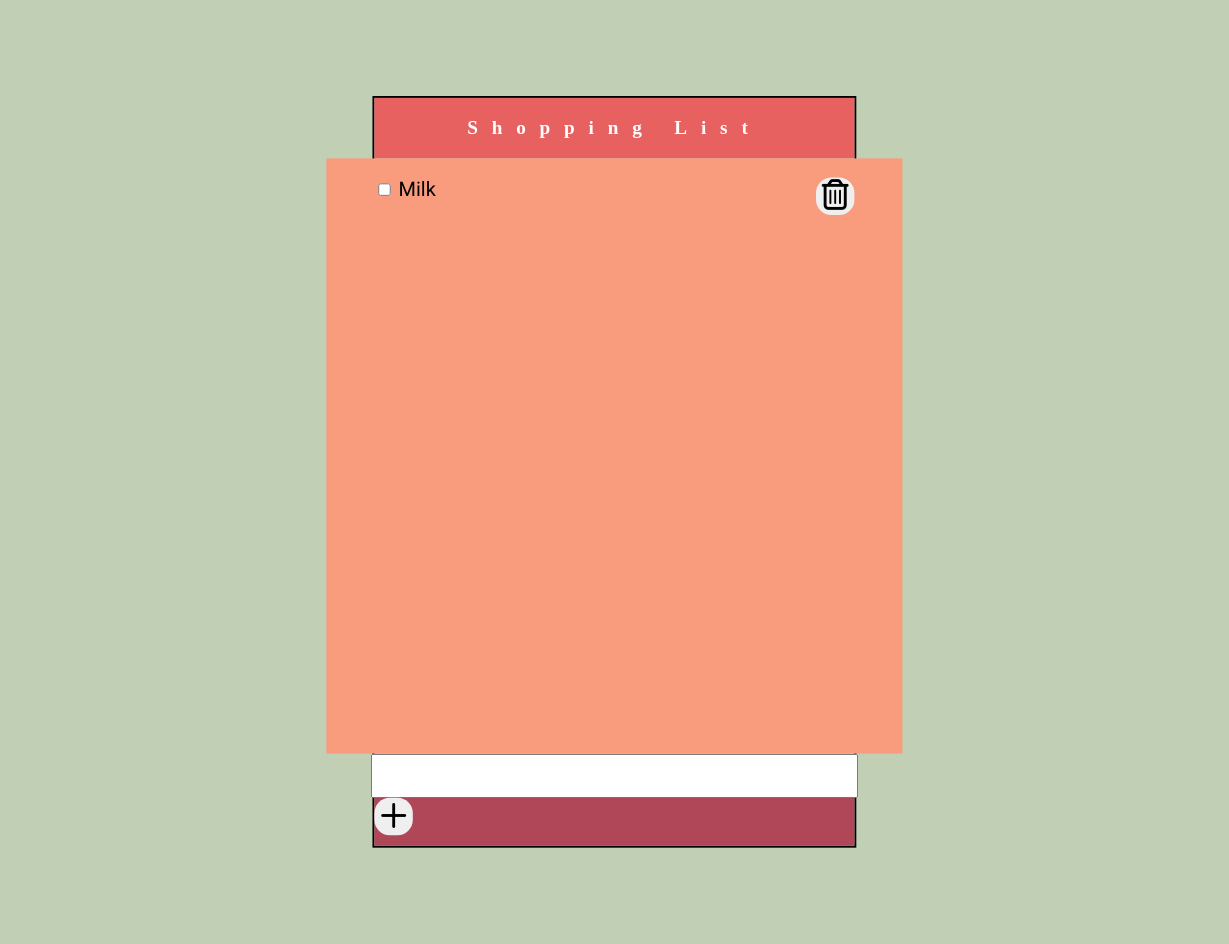
Repository: sephinejo/shopping-list-app
Page: index.html
An editor plug-in stored every save of this project. The page is shown before and after the next save, followed by the edit.
The browser window is 1280 px wide. The pictures show the whole page, at 96% of full size.
Some web fonts or font styles are not loaded; a fallback is used. Some web libraries are served in a nearby version.

Above is the page before, as saved 2023-05-11 22:43:57.

### index.html
<!DOCTYPE html>
<html lang="en">
  <head>
    <meta charset="UTF-8" />
    <meta http-equiv="X-UA-Compatible" content="IE=edge" />
    <meta name="viewport" content="width=device-width, initial-scale=1.0" />
    <title>Shopping List 🛍️🛒</title>
    <link rel="preconnect" href="https://fonts.googleapis.com" />
    <link rel="preconnect" href="https://fonts.gstatic.com" crossorigin />
    <link rel="preconnect" href="https://fonts.googleapis.com" />
    <link rel="preconnect" href="https://fonts.gstatic.com" crossorigin />
    <link rel="preconnect" href="https://fonts.googleapis.com" />
    <link rel="preconnect" href="https://fonts.gstatic.com" crossorigin />
    <link rel="preconnect" href="https://fonts.googleapis.com" />
    <link rel="preconnect" href="https://fonts.gstatic.com" crossorigin />
    <link
      href="https://fonts.googleapis.com/css2?family=Alice&family=Open+Sans:wght@300;400;700;800&family=Raleway:wght@400;600;700;800&family=Roboto+Mono:wght@300;400;500;700&family=Roboto:wght@400;500&family=Ubuntu:wght@400;700&display=swap"
      rel="stylesheet"
    />
    <script
      src="https://kit.fontawesome.com/9ac80604cb.js"
      crossorigin="anonymous"
    ></script>
    <link rel="stylesheet" href="style.css" />
    <script src="main.js" defer></script>
  </head>
  <body>
    <div class="container">
      <header>
        <p class="title">Shopping List</p>
      </header>
      <main>
        <ul class="items">
          <li class="item">
            <div class="item__title">
              <input class="item__checkbox" type="checkbox" />
              <label for="item__name">Milk</label>
            </div>
            <div class="item__delete">
              <button><i class="fa-regular fa-trash-can"></i></button>
            </div>
          </li>
        </ul>
      </main>
      <input class="input" type="text" />
      <footer>
        <button class="add">
          <i class="fa-regular fa-plus"></i>
        </button>
      </footer>
    </div>
  </body>
</html>

### style.css
body {
  margin: 0 auto;
  background-color: #c1d0b5;
}

.container {
  margin: 100px auto;
  width: 500px;
  border: 2px solid black;
  display: flex;
  flex-direction: column;
  align-items: center;
}

header {
  width: 100%;
  text-align: center;
  font-family: 'Alice';
  color: white;
  letter-spacing: 0.9rem;
  font-weight: 700;
  font-size: 20px;
  background-color: #e76161;
}

main {
  background-color: #f99b7d;
  width: 100%;
  height: 600px;
  padding: 10px 50px;
}

ul {
  margin: 10px auto;
  padding: 0;
}

li {
  list-style: none;
  display: flex;
  justify-content: space-between;
  font-size: 1.3rem;
  font-family: 'Roboto';
}

.input {
  width: 100%;
  height: 40px;
  outline: none;
  font-size: 1.4rem;
}

footer {
  height: 50px;
  background-color: #b04759;
  width: 100%;
}

button {
  border-style: none;
  border-radius: 1rem;
  cursor: pointer;
  font-size: 2rem;
  text-align: center;
}

Loaded but not shown: main.js (no copy from this time; the picture is the same without it)

After the next save:
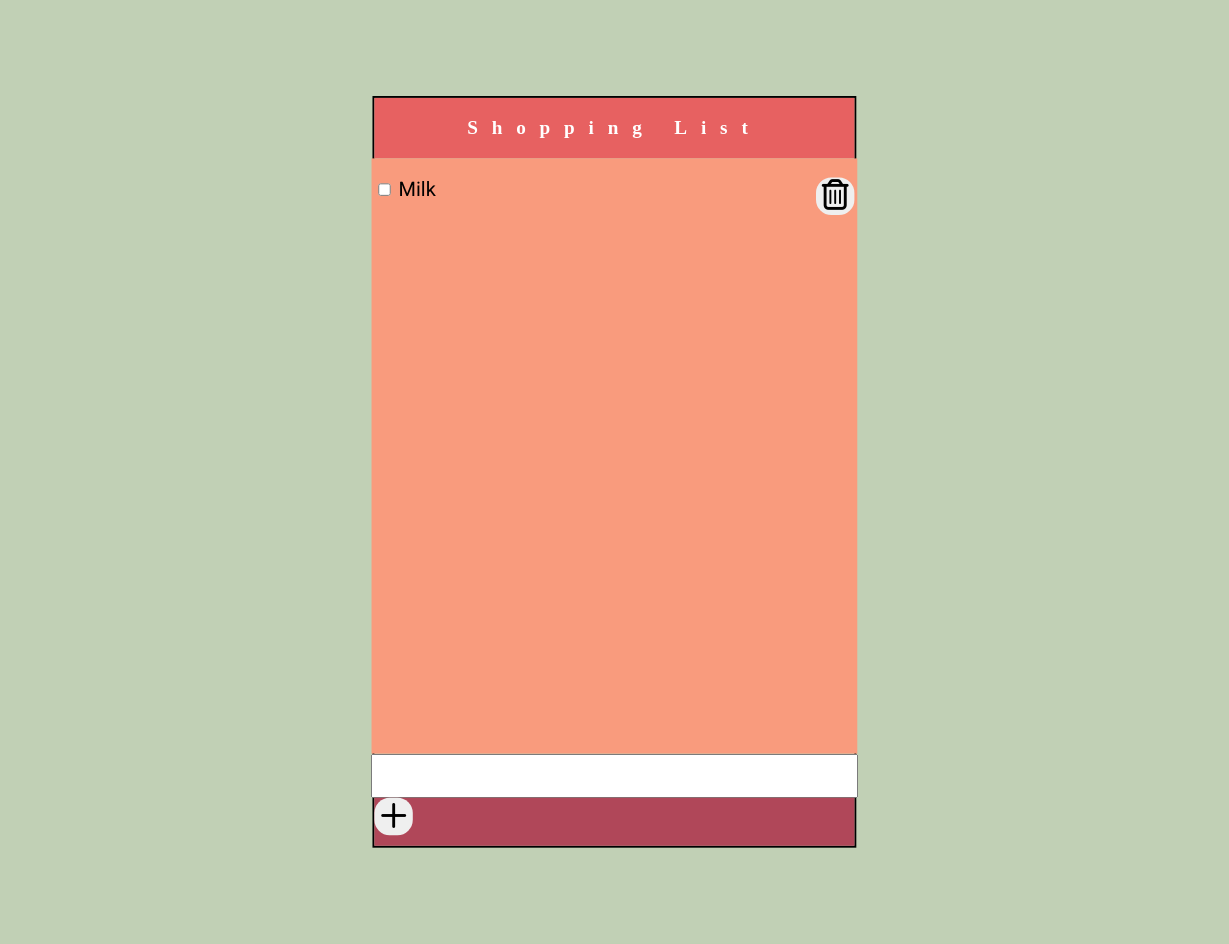
Saved 17 s later.
--- a/style.css
+++ b/style.css
@@ -27,7 +27,7 @@ main {
   background-color: #f99b7d;
   width: 100%;
   height: 600px;
-  padding: 10px 50px;
+  padding: 10px 3px;
 }
 
 ul {
